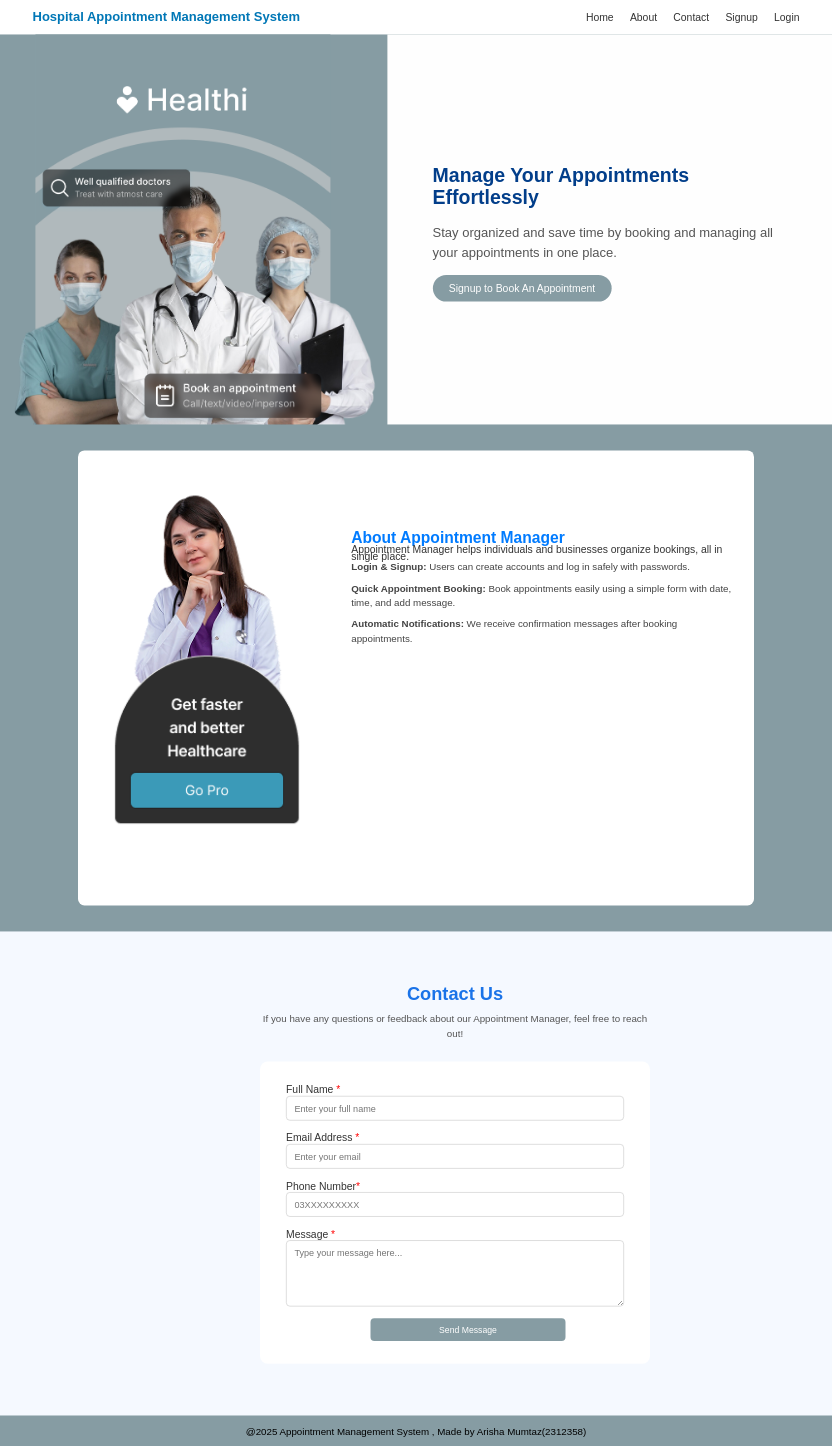
Repository: Arisha004/hospital-management-midterm-
Page: landingpage.html
These files come from the project's save history. The page is drawn as it stood at one moment and after the next save; the edit follows.
The browser window is 1280 px wide. The pictures show the whole page, at 65% of full size.

Above is the page before, as saved 2025-11-08 14:37:58.

### landingpage.html

<html>
<head>
  <title>Appointment Management System</title>
  <link rel="stylesheet" href="style.css">
  <style>

  h2 {
    color: #007bff;
  }
  button{
  display: inline-block;
  background-color: #869CA3;
  color: #fff;
  padding: 10px 22px;
  border: none;
  border-radius: 6px;
  cursor: pointer;
  font-weight: 500;
   text-align: center;
}


a{
  color: white;
  text-decoration: none;
}
  </style>
</head>
<body>
  <header class="navbar">
    <div class="logo">Hospital Appointment Management System</div>
    <nav>
      <ul>
        <li><a href="#landing">Home</a></li>
        <li><a href="about.html">About</a></li>
        <li><a href="contact.html">Contact</a></li>
        <li><a href="signup.php">Signup</a></li>
        <li><a href="login.php">Login</a></li>

      </ul>
    </nav>
  </header>


  <section class="landing">
      <div class="right"></div>
    <div class="left">
      <h1>Manage Your Appointments Effortlessly</h1>
      <p>Stay organized and save time by booking and managing all your appointments in one place.</p>
      <a href="signup.php" class="btn">Signup to Book An Appointment</a>
    </div>

  </section>
  <section class="container about-inner">

    <section class="landing">
      <div class="rightabout"></div>
    <div class="leftabout">

        <h2 style="margin-top: 70px;">About Appointment Manager</h2>
        <p style="line-height: 10px;">Appointment Manager helps individuals and businesses organize bookings, all in single place.</p>
        <ul class="features">
              <li><strong> Login & Signup:</strong> Users can create accounts and log in safely with  passwords.</li>
<li><strong>Quick Appointment Booking:</strong> Book appointments easily using a simple form with date, time, and add message.</li>
<li><strong>Automatic Notifications:</strong> We receive confirmation messages after booking appointments.</li>

        </ul>
      </div>
    </div>
  </section>
 </section>
<section id="contact" class="contact">
    <div class="container contact-inner">
      <h2>Contact Us</h2>
      <p>If you have any questions or feedback about our Appointment Manager, feel free to reach out!</p>

      <form action="insertcontactform.php" method="post" class="contact-form">
        <div class="form-group">
          <label>Full Name <span>*</span></label>
          <input type="text" id="name" name="name" placeholder="Enter your full name" pattern="^[A-Za-z]{3,}( [A-Za-z]+)?$" title="Full name should contain only letters and spaces, and must be at least 3 characters long.">

        </div>

        <div class="form-group">
          <label>Email Address <span>*</span></label>
          <input type="email" id="email" name="email" placeholder="Enter your email" title="Please enter a valid email address, e.g. example@gmail.com." required>
        </div>

        <div class="form-group">
          <label>Phone Number<span>*</span></label>
          <input type="tel" id="phone" name="phone" placeholder="03XXXXXXXXX" required pattern="[0-9]{11}" title="Enter 11-digit number only">
        </div>

        <div class="form-group">
          <label>Message <span>*</span></label>
          <textarea id="message" name="message" rows="5" placeholder="Type your message here..." required  pattern=".*\S.*" minlength="10"  title="Message must be at least 10 characters long.Cannot enter only spaces"></textarea>
        </div>

        <button type="submit" class="btn">Send Message</button>
      </form>
    </div>
</section>



  <footer>
    <p> @2025 Appointment Management System , Made by Arisha Mumtaz(2312358)</p>
  </footer>
</body>
</html>

### style.css

* {
  margin: 0;
  padding: 0;
  font-family: 'Poppins', sans-serif;
}

body {
  background: #869CA3;
  color: #333;
}

.about {
  background-color: #f9f9f9;
  padding: 80px 0; /*80px top & bottom, 0 left & right */
}

.about-image img {

  width: 450px;
  border-radius: 10px;
}

.about-content {
  margin-top: 20px;
  width: 300px;
}

.about-content h2 {
  font-size: 28px;
  color: #1a73e8;
  margin-bottom: 15px;
}

.about-content p {
  font-size: 16px;
  color: #555;
  line-height: 1.6;
  margin-bottom: 20px;
}

.features {
  list-style: none;
  padding: 0;
  margin-bottom: 25px;
}

.features li {
  margin-bottom: 10px;
  color: #444;
  font-size: 15px;
  line-height: 1.5;
}



.contact {
  background-color: #f5f9ff;
  padding: 80px 0;
}

.contact-inner {
  width: 600px;
  margin-left: 400PX;
  text-align: center;
}

.contact h2 {
  font-size: 28px;
  color: #1a73e8;
  margin-bottom: 10px;
}

.contact p {
  color: #555;
  margin-bottom: 30px;
  font-size: 15px;
  line-height: 1.6;
}

.card {
  background-color: #869CA3;
  width: 280px;
  padding: 20px;
  border-radius: 10px;
  box-shadow: 0 0 8px rgba(0,0,0,0.1);
  text-align: left;
}
.card-container {
  display: flex;
  justify-content: center;
  gap: 20px;
}


.card h4 {
  font-size: 18px;
  margin-bottom: 10px;
  color: lightcyan;
}

.card p {
  font-size: 15px;
  color: whitesmoke;
  line-height: 1.5;
}



.contact-form {
  background-color: #fff;
  padding: 35px 40px;
  border-radius: 12px;
  text-align: left;
}

.form-group {
  margin-bottom: 18px;
}
.about-cards {
  text-align: center;
  padding: 40px 20px;
  background-color: #f5f5f5;
}

.about-cards h3 {
  font-size: 24px;
  margin-bottom: 30px;
  color: black;
}


label {
  font-weight: 500;
  margin-bottom: 6px;
  color: #333;
}

label span {
  color: red;
}

input, textarea {
  width: 100%;
  padding: 10px 12px;
  border: 1px solid #ccc;
  border-radius: 6px;
  font-size: 14px;
}



.contact-form .btn {
  display: inline-block;
  background-color: #869CA3;
  color: #fff;
  padding: 10px 22px;
  border: none;
  border-radius: 6px;
  cursor: pointer;
  font-weight: 500;

  margin-left: 130px;
   text-align: center;
}


.navbar {
  display: flex;
  justify-content: space-between;
  align-items: center;
  padding: 15px 50px;
  background: #fff;

 }

.navbar .logo {
  font-weight: 700;
  font-size: 20px;
  color: #0077b6;
}

.navbar ul {
  display: flex;
  list-style: none;
}

.navbar ul li a {
  text-decoration: none;
  color: #333;
  margin-left: 25px;
}

/*.landing becomes a flex container.
Its children (e.g., .left and .right) automatically become flex items.flex items are IN horizontally (row direction).*/

.landing {
  display: flex;
  height: 600px;
}



  button{

  display: inline-block;
  background-color: #869CA3;
  color: #fff;
  padding: 10px 22px;
  border: none;
  border-radius: 6px;
  cursor: pointer;
  font-weight: 500;

   text-align: center;
}


.landing .left {

  width: 50%;
  padding: 0 70px; /*adds 70px space on left and right (inner spacing).*/
  background: #fefefe;
}


.landing .left h1 {
  margin-top: 200px;
  font-size: 30px;
  color: #023e8a;
  margin-bottom: 20px;
}

.landing .left p {
  font-size: 20px;
  color: #555;
  margin-bottom: 30px;
  line-height: 1.6;
}

.btn {
  background: #869CA3;
  color: #fff;
  padding: 12px 25px;
  border-radius: 30px;
  text-decoration: none;
  font-weight: 300;
  width: 300px;
}


.landing .right {
  width:700px;
  background:url(images/pic1.png);
  background-repeat: no-repeat;
  background-size: cover;
}





.form1-container {
  width: 520px;
  margin: 80px auto;
  background: white;
  padding: 20px;
  border-radius: 8px;
}

.form1-container h2 {
  text-align: center;
  color: #333;
}

.form1-container label {
  display: block;
  margin-top: 10px;
  color: #555;
}

.form1-container input {
  width: 100%;
  padding: 8px;
  margin-top: 5px;
  border: 1px solid #ccc;
  border-radius: 4px;
}

.form1-container button {
  width: 100%;
  margin-top: 15px;
  padding: 10px;
  background: #869CA3;
  border: none;
  color: white;
  border-radius: 4px;
  cursor: pointer;
}


.form1-container p {
  text-align: center;
  margin-top: 10px;
}

.success {
  text-align: center;
  background: #d4edda;
  color: #155724;
  padding: 8px;
  border-radius: 5px;
  margin: 10px auto;
  width: 320px;
}

.error {
  text-align: center;
  background: #f8d7da;
  color: #721c24;
  padding: 8px;
  border-radius: 5px;
  margin: 10px auto;
  width: 320px;
}

footer {
  text-align: center;
  padding: 15px;
 background-color:#869CA3;
  color: black;
  font-size: 15px;

}

.container.about-inner {
  padding: 50px 20px;
  background-color: #fff;
  margin: 40px auto;
  width: 1000px;
  border-radius: 10px;

}
.landing .rightabout {
  width:500px;
  background:url(images/pic2.png);
  background-repeat: no-repeat;
  background-size: contain;
}



.about-content {
  width: 600px;
}

.about-content h2 {
  font-size: 28px;
  margin-bottom: 15px;
  color: #222;
}

.about-content p {
  font-size: 16px;
  line-height: 1.6;
  margin-bottom: 15px;
}

After the next save:
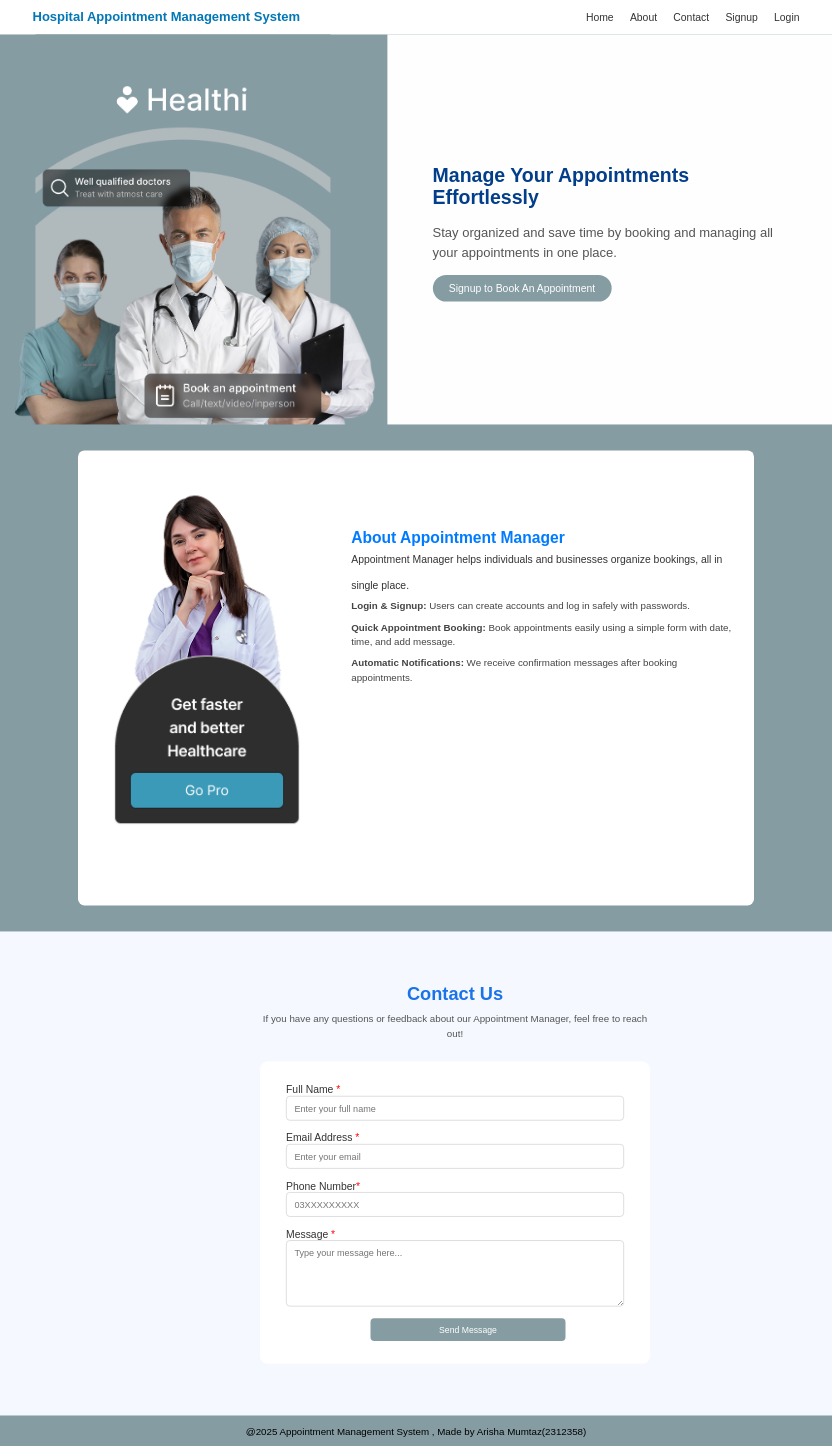
Saved 7 s later.
--- a/landingpage.html
+++ b/landingpage.html
@@ -59,7 +59,7 @@ a{
     <div class="leftabout">
 
         <h2 style="margin-top: 70px;">About Appointment Manager</h2>
-        <p style="line-height: 10px;">Appointment Manager helps individuals and businesses organize bookings, all in single place.</p>
+        <p style="line-height: 40px;">Appointment Manager helps individuals and businesses organize bookings, all in single place.</p>
         <ul class="features">
               <li><strong> Login & Signup:</strong> Users can create accounts and log in safely with  passwords.</li>
 <li><strong>Quick Appointment Booking:</strong> Book appointments easily using a simple form with date, time, and add message.</li>
